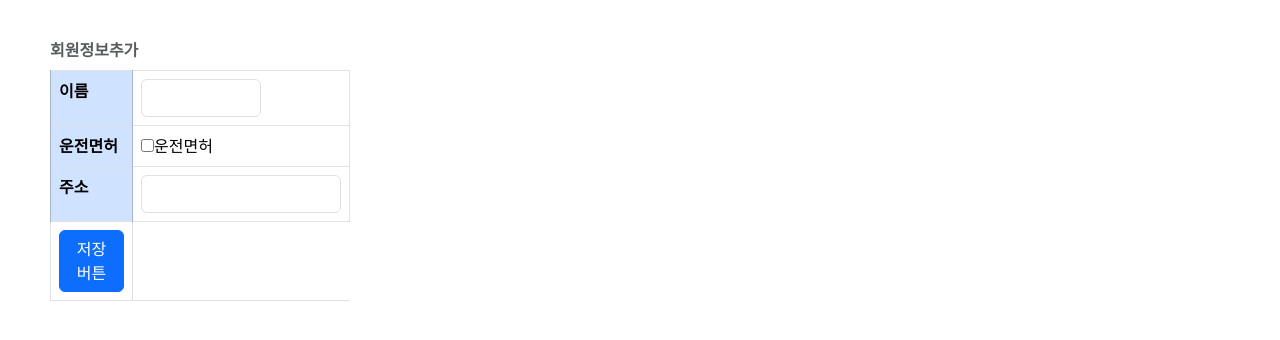
Repository: GANADAG/jspProject
Page: http://localhost/JspProject/team/addForm.jsp
These files come from the project's save history. The page is drawn as it stood at one moment and after the next save; the edit follows.
The browser window is 1280 px wide. The pictures show the whole page.
Some web fonts or font styles are not loaded; a fallback is used. The page is served by Tomcat 9.

Above is the page before, as saved 2024-03-06 02:20:51.

After the next save:
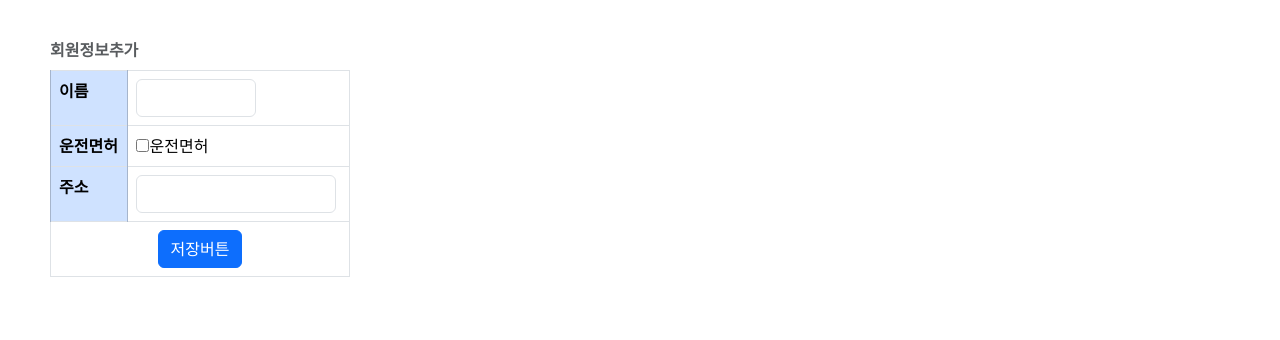
Saved 43 s later.
--- a/JspProject/src/main/webapp/team/addForm.jsp
+++ b/JspProject/src/main/webapp/team/addForm.jsp
@@ -37,7 +37,7 @@
 			</tr>
 
 			<tr>
-				<td>
+				<td colspan="2" align="center">
 				<button type="submit" class="btn btn-primary">저장버튼</button>
 				</td>
 			</tr>
